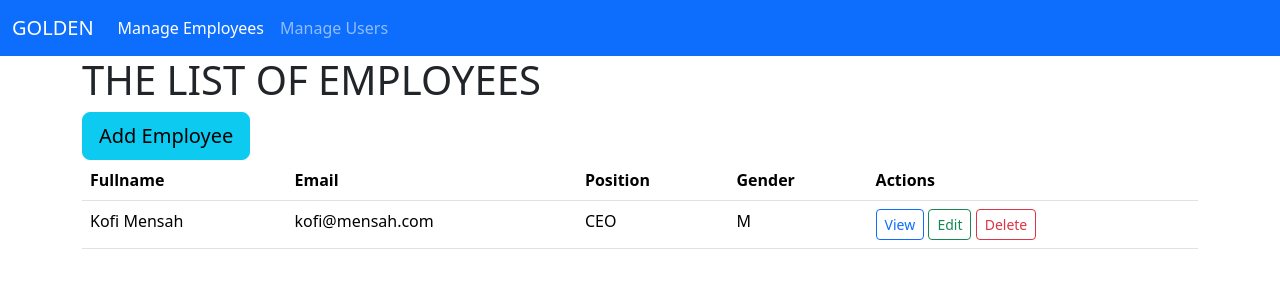
Repository: owuraku/DBC28.1
Page: http://localhost/employees
An editor plug-in stored every save of this project. The page is shown before and after the next save, followed by the edit.
The browser window is 1280 px wide. The pictures show the whole page.
The page is served by the project's Laravel application, run on PHP 8.4 with Laravel 10. Queries for data that is not in the repository find no rows.

Above is the page before, as saved 2023-05-23 11:09:35.

After the next save:
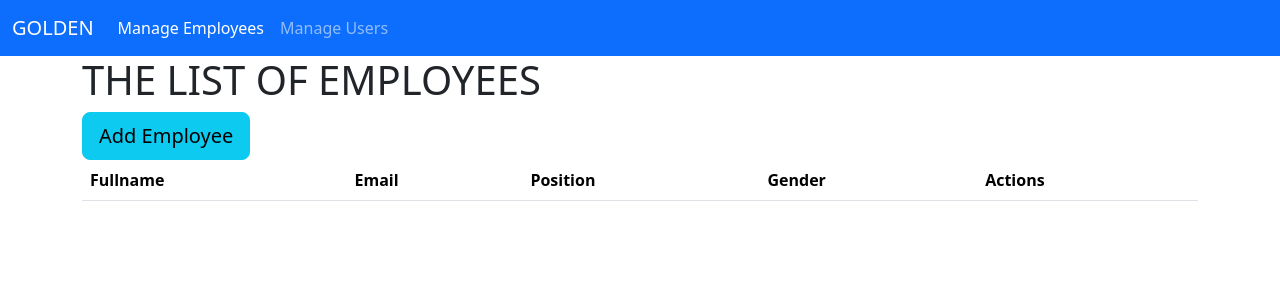
Saved 4 min 13 s later.
--- a/resources/views/employees/list.blade.php
+++ b/resources/views/employees/list.blade.php
@@ -16,20 +16,22 @@
             </tr>
         </thead>
         <tbody>
-            <tr>
-                <td>Kofi Mensah</td>
-                <td>kofi@mensah.com</td>
-                <td>CEO</td>
-                <td>M</td>
-                <td>
-                    {{-- /employees/{employee} --}}
-                    <a type="button" href="{{ route('employees.show', ['employee' => 1]) }}"
-                        class="btn btn-outline-primary btn-sm">View</a>
-                    <a type="button" href="{{ route('employees.edit', ['employee' => 1]) }}"
-                        class="btn btn-outline-success btn-sm">Edit</a>
-                    <button type="button" class="btn btn-outline-danger btn-sm">Delete</button>
-                </td>
-            </tr>
+            @foreach ($employees as $employee)
+                <tr>
+                    <td>{{ $employee->firstname }}</td>
+                    <td>kofi@mensah.com</td>
+                    <td>CEO</td>
+                    <td>M</td>
+                    <td>
+                        {{-- /employees/{employee} --}}
+                        <a type="button" href="{{ route('employees.show', ['employee' => 1]) }}"
+                            class="btn btn-outline-primary btn-sm">View</a>
+                        <a type="button" href="{{ route('employees.edit', ['employee' => 1]) }}"
+                            class="btn btn-outline-success btn-sm">Edit</a>
+                        <button type="button" class="btn btn-outline-danger btn-sm">Delete</button>
+                    </td>
+                </tr>
+            @endforeach
         </tbody>
     </table>
 @endsection
